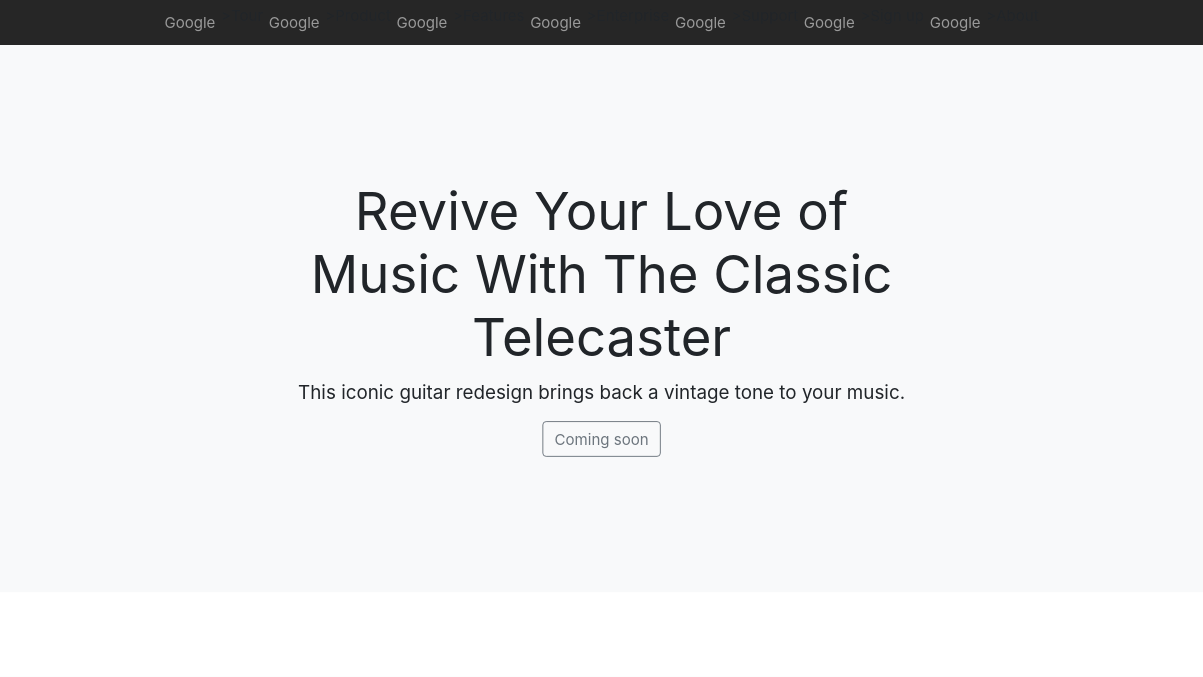
Repository: erickcintora/ErickCintoraWebsite
Page: LearnCS8-Twilio/index.html
The author's editor kept a record of every edit. The page is drawn from the files as they stood at one moment, then again after the next edit.
The browser window is 1280 px wide. The pictures show the whole page, at 94% of full size.

Above is the page before.

### LearnCS8-Twilio/index.html
<!doctype html>
<html lang="en">
  <head>
    <!-- Required meta tags -->
    <meta charset="utf-8">
    <meta name="viewport" content="width=device-width, initial-scale=1, shrink-to-fit=no">
    <meta name="description" content="Classic Style Electric Guitar">
    <meta name="author" content="862181007">

    <!-- Bootstrap CSS -->
    <link rel="stylesheet" href="https://stackpath.bootstrapcdn.com/bootstrap/4.5.2/css/bootstrap.min.css" integrity="sha384-JcKb8q3iqJ61gNV9KGb8thSsNjpSL0n8PARn9HuZOnIxN0hoP+VmmDGMN5t9UJ0Z" crossorigin="anonymous">

    <!-- Title of your Website -->
    <title>Fender Classic Vibe Telecaster</title>
    <link href="product.css" rel="stylesheet">
  </head>
  <body>
    <nav class="site-header sticky-top py-1">
    <!-- Top Menu Bar -->
    <div class="container d-flex flex-column flex-md-row justify-content-between">
        <a class="py-2 d-none d-md-inline-block" id="menu-item-1" href="https://google.com" target="_blank">Google</a>>Tour</a>
        <a class="py-2 d-none d-md-inline-block" id="menu-item-2" href="https://google.com" target="_blank">Google</a>>Product</a>
        <a class="py-2 d-none d-md-inline-block" id="menu-item-3" href="https://google.com" target="_blank">Google</a>>Features</a>
        <a class="py-2 d-none d-md-inline-block" id="menu-item-4" href="https://google.com" target="_blank">Google</a>>Enterprise</a>
        <a class="py-2 d-none d-md-inline-block" id="menu-item-5" href="https://google.com" target="_blank">Google</a>>Support</a>
        <a class="py-2 d-none d-md-inline-block" id="menu-item-6" href="https://google.com" target="_blank">Google</a>>Sign up</a>
        <a class="py-2 d-none d-md-inline-block" id="menu-item-7" href="https://google.com" target="_blank">Google</a>>About</a>
    </div>
</nav>
<!-- Main Header Section h1-->
<div class="position-relative overflow-hidden p-3 p-md-5 m-md-0 text-center bg-light">
    <div class="col-md-8 p-lg-5 mx-auto my-5">
        <h1 class="display-4 font-weight-normal">Revive Your Love of Music With The Classic Telecaster</h1>
        <p class="lead font-weight-normal"> This iconic guitar redesign brings back a vintage tone to your music.</p>
        <a class="btn btn-outline-secondary" href="https://youtu.be/Cdda8mvJgPg">Coming soon</a>
    </div>
</div>
  </body>
</html>

### LearnCS8-Twilio/product.css
.container {
  max-width: 960px;
}

/*
 * Custom translucent site header
 */

.site-header {
  background-color: rgba(0, 0, 0, .85);
  -webkit-backdrop-filter: saturate(180%) blur(20px);
  backdrop-filter: saturate(180%) blur(20px);
}
.site-header a {
  color: #999;
  transition: ease-in-out color .15s;
}
.site-header a:hover {
  color: #fff;
  text-decoration: none;
}

/*
 * Dummy devices (replace them with your own or something else entirely!)
 */

.product-device {
  position: absolute;
  right: 10%;
  bottom: -30%;
  width: 300px;
  height: 540px;
  background-color: #333;
  border-radius: 21px;
  -webkit-transform: rotate(30deg);
  transform: rotate(30deg);
}

.product-device::before {
  position: absolute;
  top: 10%;
  right: 10px;
  bottom: 10%;
  left: 10px;
  content: "";
  background-color: rgba(255, 255, 255, .1);
  border-radius: 5px;
}

.product-device-2 {
  top: -25%;
  right: auto;
  bottom: 0;
  left: 5%;
  background-color: #e5e5e5;
}


/*
 * Extra utilities
 */

.flex-equal > * {
  -ms-flex: 1;
  flex: 1;
}
@media (min-width: 768px) {
  .flex-md-equal > * {
    -ms-flex: 1;
    flex: 1;
  }
}

.overflow-hidden { overflow: hidden; }

After the next edit:
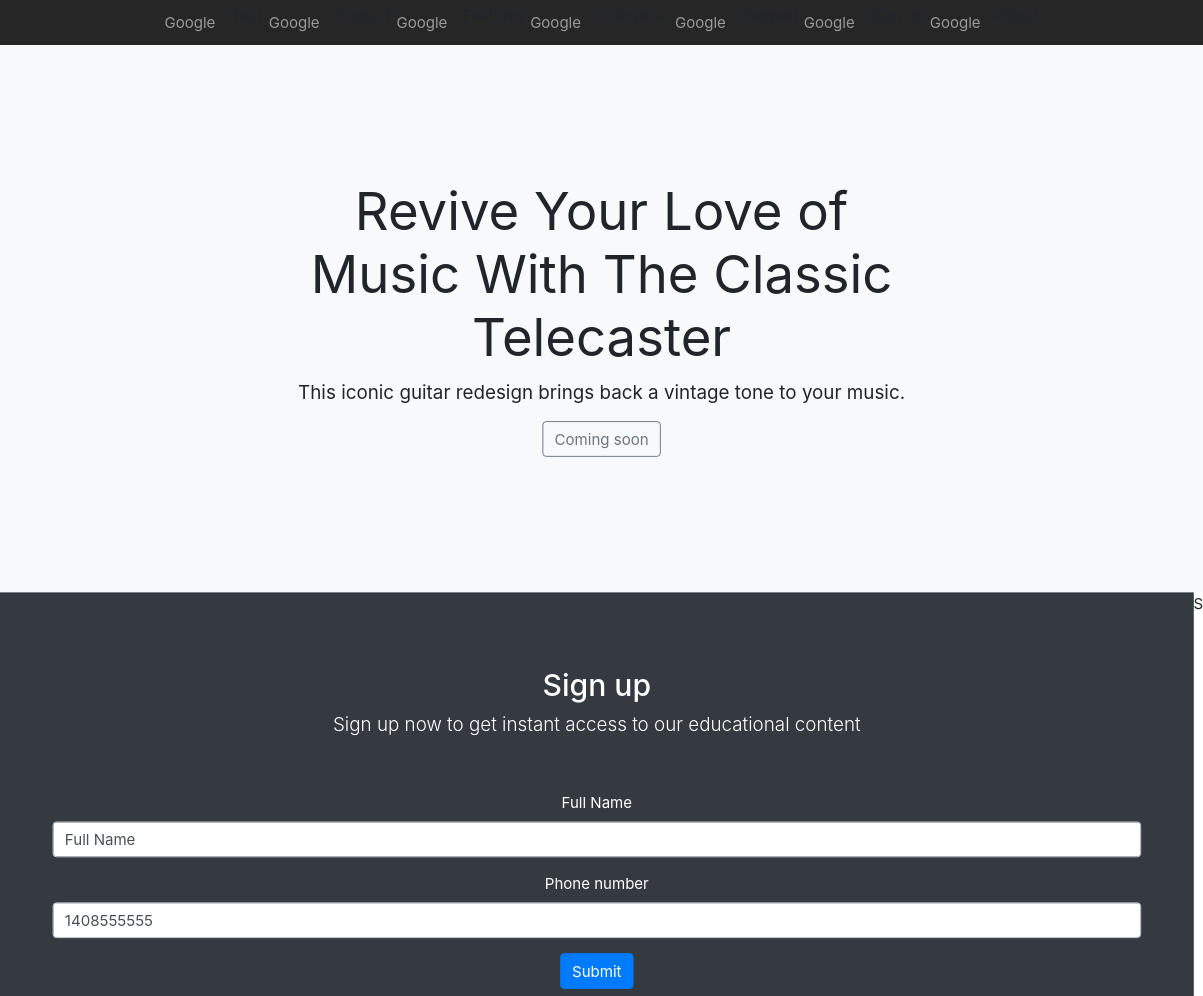
The edit:
--- a/LearnCS8-Twilio/index.html
+++ b/LearnCS8-Twilio/index.html
@@ -35,5 +35,44 @@
         <a class="btn btn-outline-secondary" href="https://youtu.be/Cdda8mvJgPg">Coming soon</a>
     </div>
 </div>
+<!-- Left Tile -->
+<div class="d-md-flex flex-md-equal w-100">
+    <div class="bg-dark pt-3 px-3 pt-md-5 px-md-5 text-center text-white overflow-hidden">
+        <div class="my-3 py-3">
+            <h2 class="display-5">Sign up</h2>
+            <p class="lead">Sign up now to get instant access to our educational content</p>
+        </div>
+        <!-- Web form when submitted will send a text message -->
+        <form class="p-2" onsubmit="sendTextMessage(); return false;">
+            <!-- Full Name Form Field -->
+            <div class="form-group">
+                <label for="example-first-name">Full Name</label>
+                <input type="text" value="Full Name" class="form-control" id="example-first-name" aria-describedby="emailHelp">
+            </div>
+            <!-- Phone Number Form Field -->
+            <div class="form-group">
+                <label for="example-tel-input">Phone number</label>
+                <input type="tel" class="form-control" value="1408555555" id="example-tel-input">
+            </div>
+            <!-- JavaScript that handles onSubmit logic -->
+            <!-- Configure the XHR request below with your own credentials -->
+            <script>
+            function sendTextMessage() {
+                console.log("Hello world!");
+                var xhr = new XMLHttpRequest();
+                var accountSID = "XXXXXXXXXXXXXXXX";
+                var authToken = "XXXXXXXXXXXXXXXX";
+                var base64encoded = accountSID + ":" + authToken;
+                var params = "To=" + document.getElementById('example-tel-input').value + "&From=" + "XXXXXXXXXX" + "&Body=" + "Hello " + document.getElementById('example-first-name').value + " nice job on sending your first SMS with APIs."
+                xhr.open("POST", "https://api.twilio.com/2010-04-01/Accounts/" + accountSID + "/Messages.json", true);
+                xhr.setRequestHeader('Content-Type', 'application/x-www-form-urlencoded');
+                xhr.setRequestHeader('Authorization', 'Basic ' + btoa(base64encoded));
+                xhr.send(params);
+            }
+            </script>
+            <!-- Submit button that will execute the sendTextMessage function -->
+            <button type="submit" class="btn btn-primary">Submit</button>
+        </form>
+    </div>S
   </body>
 </html>
